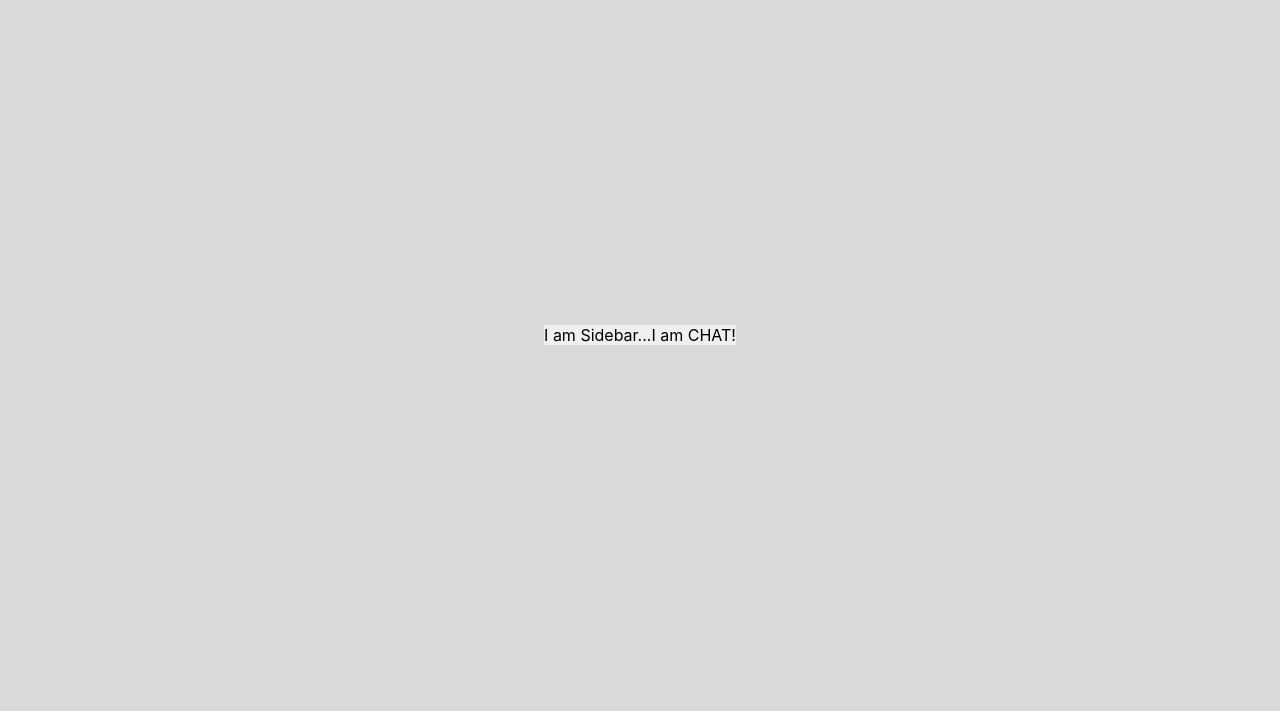
Repository: BogoGit/clone-whatsapp
Page: / (app in whatsapp-front/)
The author's editor kept a copy of each file at every save. The page is drawn from the files as they stood at one save, then again after the next save.
The browser window is 1280 px wide. The pictures show the whole page.
The project was rebuilt for these pictures with package versions that can differ from the ones it lists, and the page was loaded fresh each time. Also part of the build but not shown: whatsapp-front/src/Components/Sidebar.css.

Above is the page before, as saved 2020-11-18 16:41:18.

### whatsapp-front/src/index.js
import React from 'react'
import ReactDOM from 'react-dom'
import './index.css'
import App from './Components/App'

ReactDOM.render(
	<React.StrictMode>
		<App />
	</React.StrictMode>,
	document.getElementById('root')
)

### whatsapp-front/src/index.css
*,
*::before,
*::after {
	margin: 0;
	padding: 0;
	box-sizing: border-box;
}

html {
	font-size: 62.5%;
}

body {
	margin: 0;
	font-family: -apple-system, BlinkMacSystemFont, 'Segoe UI', 'Roboto', 'Oxygen',
		'Ubuntu', 'Cantarell', 'Fira Sans', 'Droid Sans', 'Helvetica Neue',
		sans-serif;
	font-size: 1.6rem;
	-webkit-font-smoothing: antialiased;
	-moz-osx-font-smoothing: grayscale;
}

code {
	font-family: source-code-pro, Menlo, Monaco, Consolas, 'Courier New',
		monospace;
}

### whatsapp-front/src/Components/App.js
import React from 'react'
import './App.css'
import Sidebar from './Sidebar'
import Chat from './Chat'

function App() {
	return (
		<div className='app'>
			<div className='app__body'>
				<Sidebar />
				<Chat />
			</div>
		</div>
	)
}

export default App

### whatsapp-front/src/Components/App.css
.app {
	display: grid;
	place-items: center;
	height: 100vh;
	background-color: #dad9d9;
}

.app__body {
	display: flex;
	background-color: #efefef;
	margin-top: -5rem;
}

### whatsapp-front/src/Components/Sidebar.js
import React from 'react'
import './Sidebar.css'

const Sidebar = () => {
	return <div>I am Sidebar...</div>
}

export default Sidebar

### whatsapp-front/src/Components/Chat.js
import React from 'react'

const Chat = () => {
	return <div>I am CHAT!</div>
}

export default Chat

Loaded but not shown: whatsapp-front/public/index.html (common file)

After the next save:
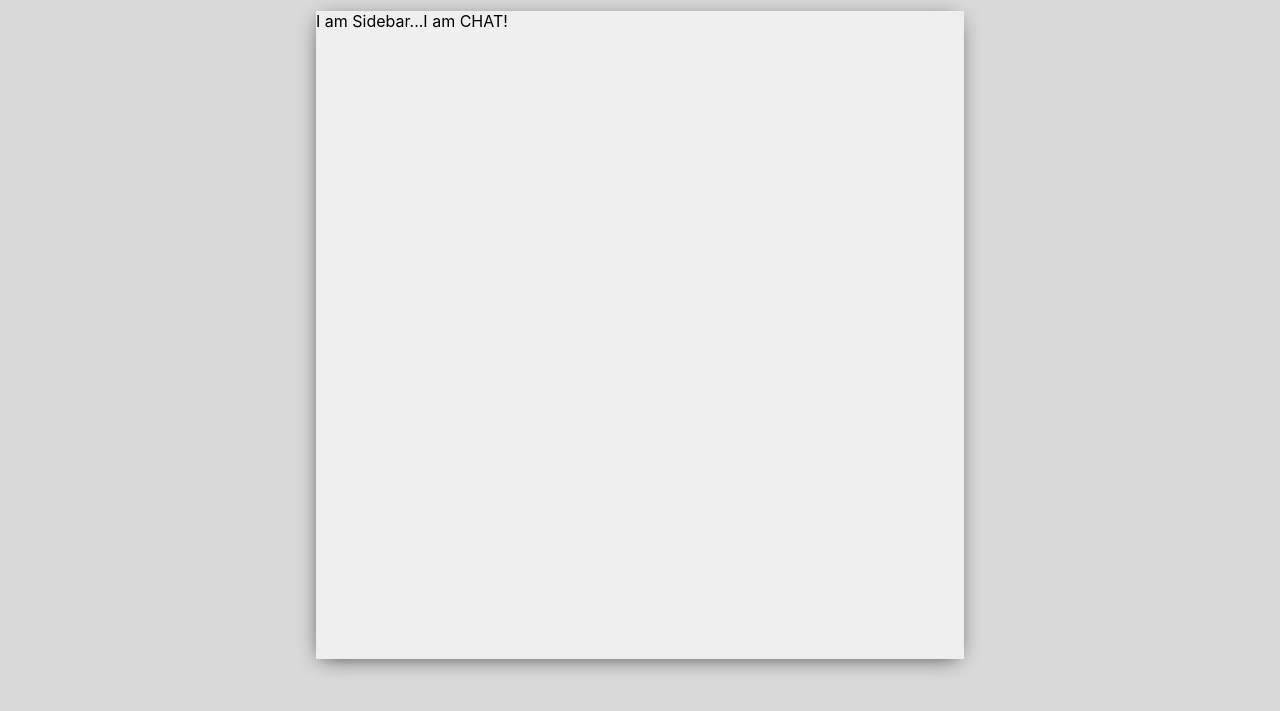
Saved 43 s later.
--- a/whatsapp-front/src/Components/App.css
+++ b/whatsapp-front/src/Components/App.css
@@ -9,4 +9,7 @@
 	display: flex;
 	background-color: #efefef;
 	margin-top: -5rem;
+	height: 90vh;
+	width: 90vh;
+	box-shadow: -1px 4px 2rem -6px rgba(0, 0, 0, 0.75);
 }
